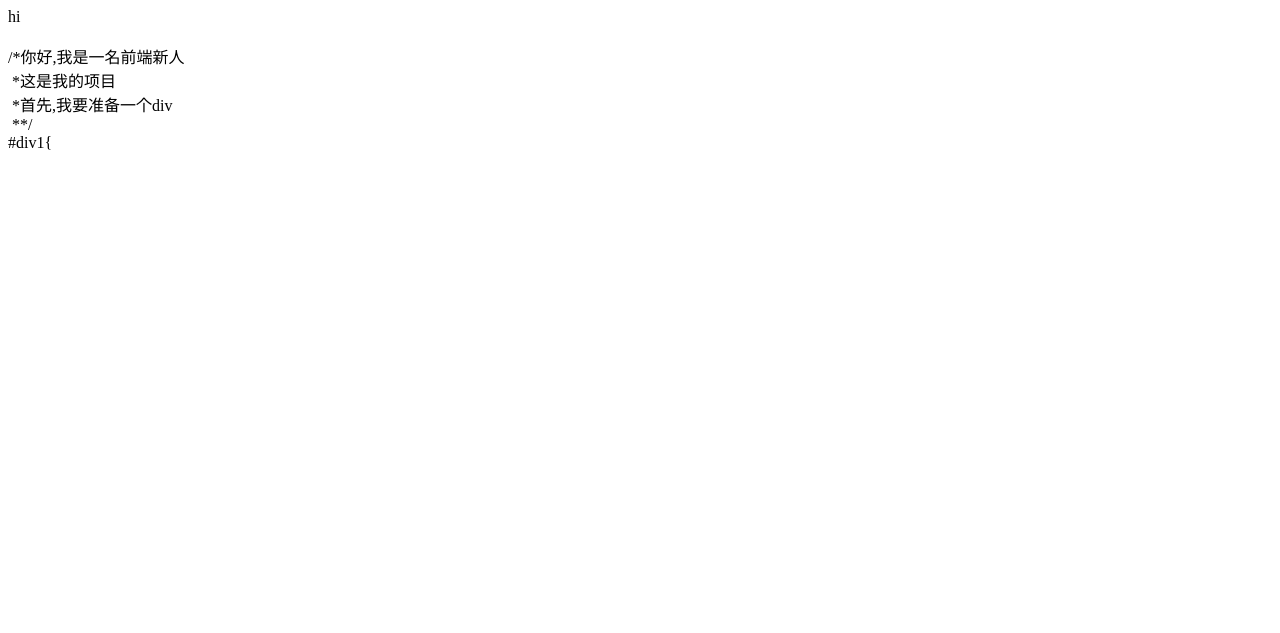
Repository: chenguocan/JS_cv
Page: index.html
An editor plug-in stored every save of this project. The page is shown before and after the next save, followed by the edit.
The browser window is 1280 px wide. The pictures show the whole page.

Above is the page before, as saved 2020-07-29 15:29:33.

### index.html
<!DOCTYPE html>
<html lang="en">
  <head>
    <meta charset="UTF-8" />
    <meta name="viewport" content="width=device-width, initial-scale=1.0" />
    <title>Document</title>
  </head>
  <body>
    hi
    <style id="style"></style>
    <div id="demo"></div>
    <div id="div1"></div>
    <script src="./main.js"></script>
  </body>
</html>

### main.js
let demo = document.querySelector("#demo");
let style = document.querySelector("#style");
let n = 0;
//添加注释,才不会影响CSS的样式。
let string = `
/*你好,我是一名前端新人
 *这是我的项目
 *首先,我要准备一个div
 **/
#div1{
  position:fixed;
  border:1px solid red;
  width:400px;
  height:400px;
  right:200px;
  top:0px;
}
/*接下来我把一个div变成一个八卦图
 *注意看好了
 *首先,把div变成一个圆
 **/
#div1{
  border-radius:50%;
  box-shadow:0 0 3px rgba(0,0,0,0.5);
  border:none;
}
/*八卦是阴阳形成的
 *一黑一白
 **/
#div{
  background: rgb(232,232,232);
  background: linear-gradient(90deg, rgba(232,232,232,1) 0%, rgba(0,0,0,1) 100%);
}
`;
let string2 = "";
// string = string.replace(/\n/g, "<br>"); //正则表达式表示所有回车。
let step = () => {
  setTimeout(() => {
    //如果string等于回车,通过<br>来处理
    if (string[n] === "\n") {
      string2 += "<br>";
    } else if (string[n] === " ") {
      string2 += "&nbsp;";
    } else {
      string2 += string[n];
    }
    demo.innerHTML = string2;
    style.innerHTML = string.substring(0, n);
    if (n < string.length - 1) {
      n += 1;
      step();
    }
  }, 100);
};
step();

After the next save:
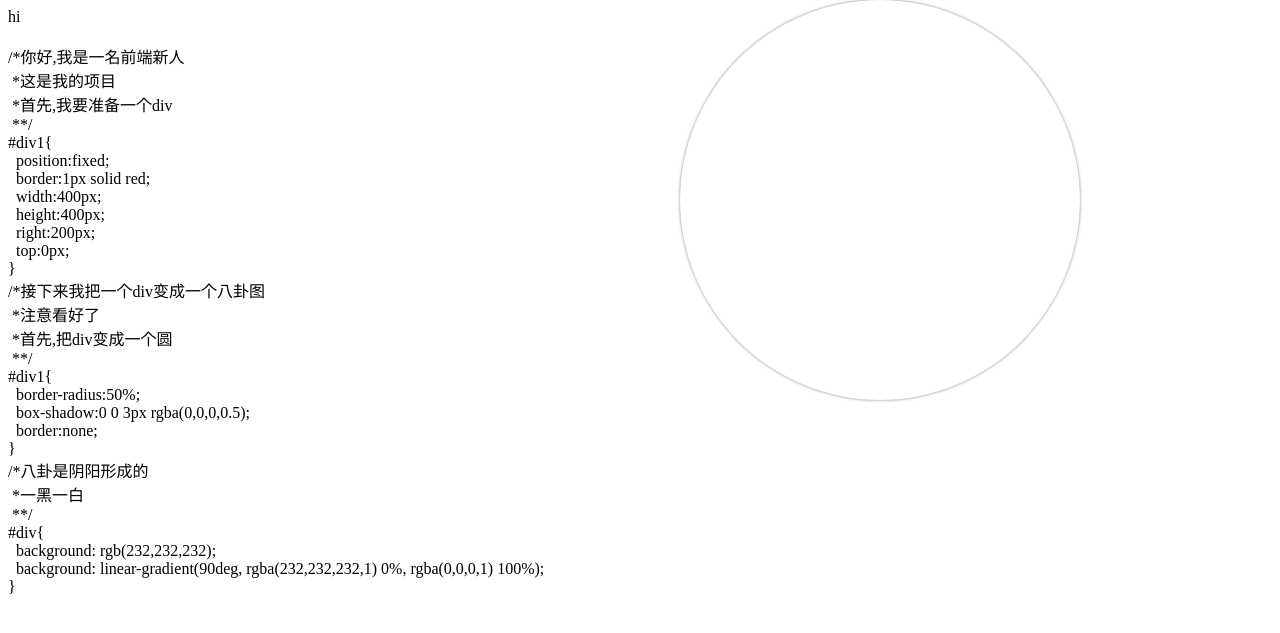
Saved 4 s later.
--- a/main.js
+++ b/main.js
@@ -50,6 +50,6 @@
       n += 1;
       step();
     }
-  }, 100);
+  }, 10);
 };
 step();
